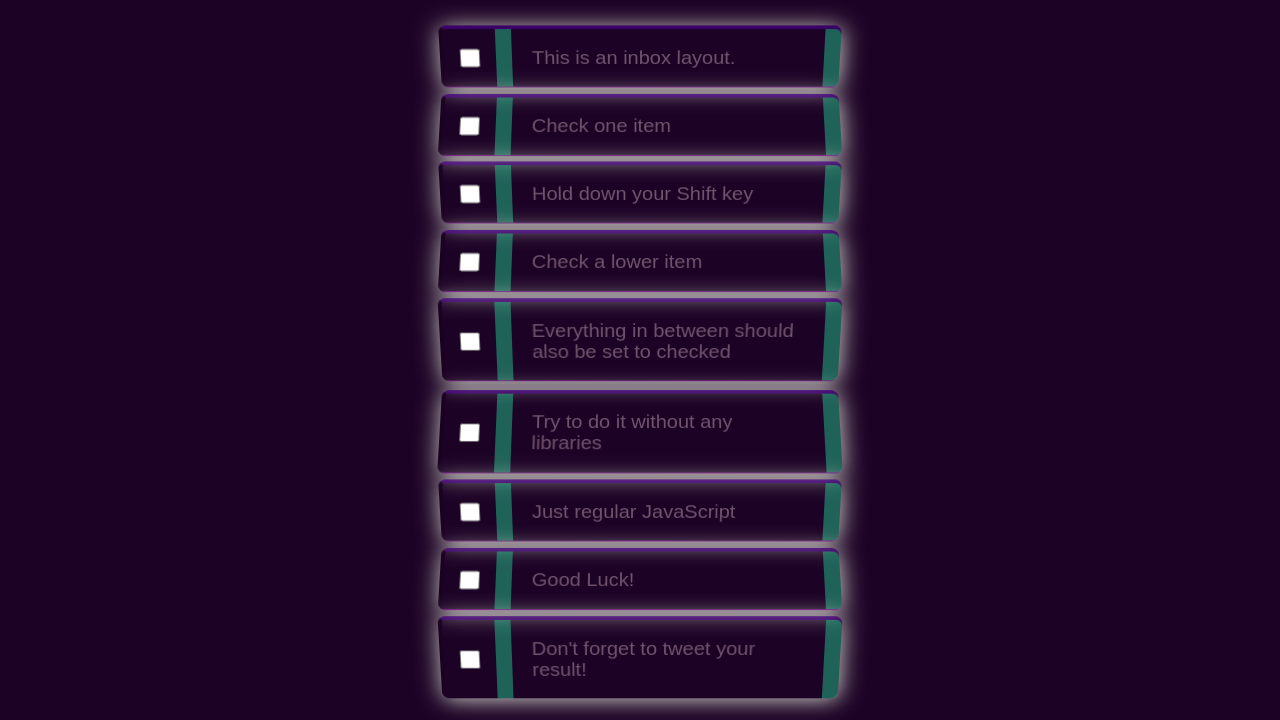
Repository: Freezler/Shift-Select-Checkboxes
Page: index.html
An editor plug-in stored every save of this project. The page is shown before and after the next save, followed by the edit.
The browser window is 1280 px wide. The pictures show the whole page.

Above is the page before, as saved 2024-09-07 23:18:11.

After the next save:
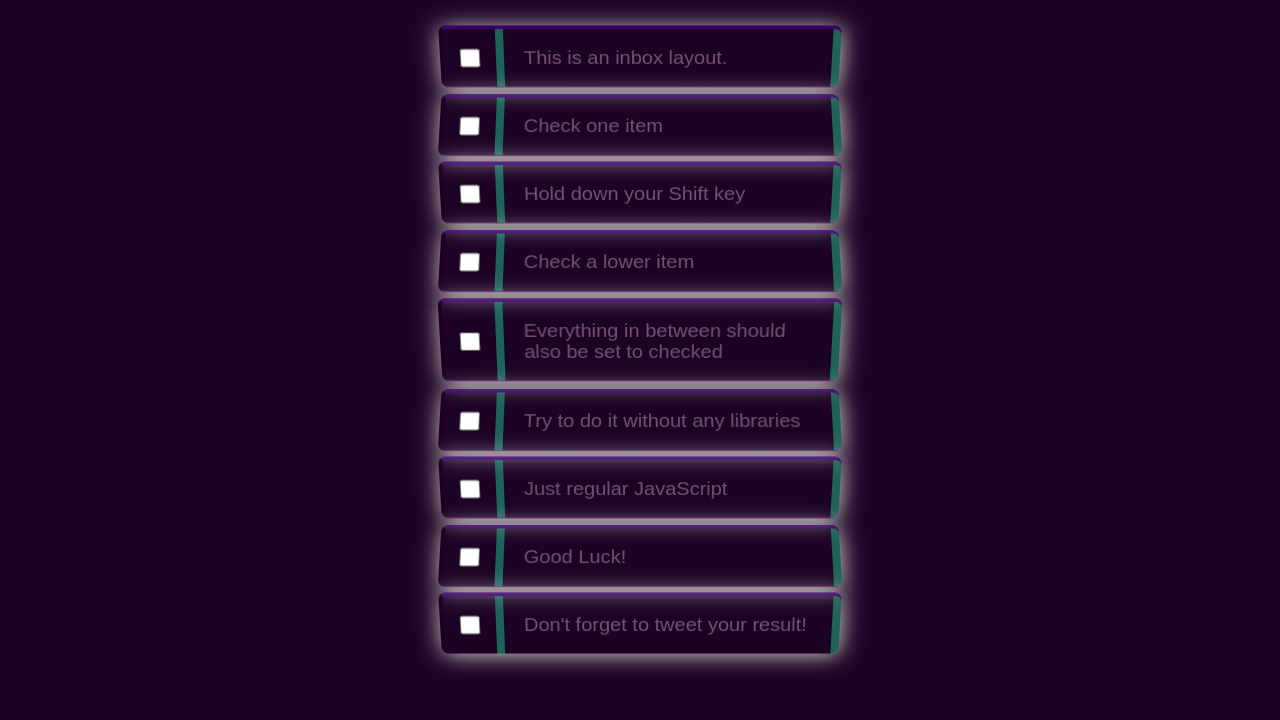
Saved 10 s later.
--- a/index.html
+++ b/index.html
@@ -104,8 +104,8 @@
       flex: 1;
       font-size: 20px;
       font-weight: 200;
-      border-inline: 16px solid #23cc9178;
-      border-inline-end: 16px solid #23cc9178;
+      border-inline: 8px solid #23cc9178;
+      border-inline-end: 8px solid #23cc9178;
       border-start-end-radius: 6px;
       border-end-end-radius: 6px;
     }
